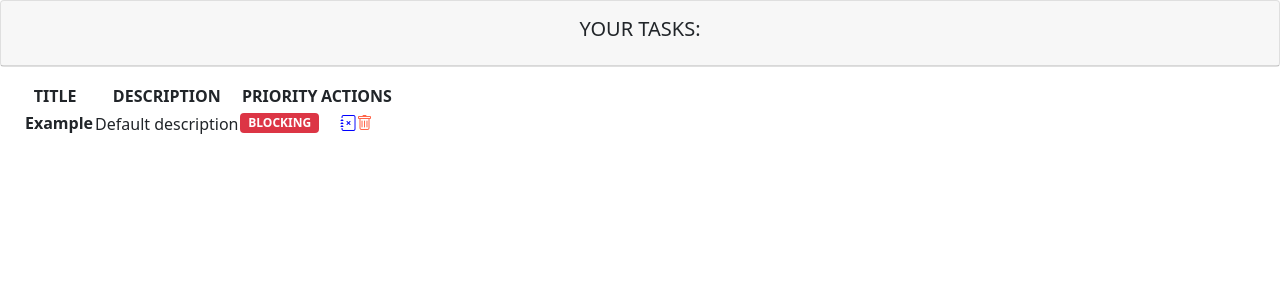
Repository: abgdev1997/proyecto-evo
Page: /about
The author's editor kept a copy of each file at every save. The page is drawn from the files as they stood at one save, then again after the next save.
The browser window is 1280 px wide. The pictures show the whole page.
The project was rebuilt for these pictures with package versions that can differ from the ones it lists, and the page was loaded fresh each time. Also part of the build but not shown: src/index.css.

Above is the page before, as saved 2022-01-27 11:23:37.

After the next save:
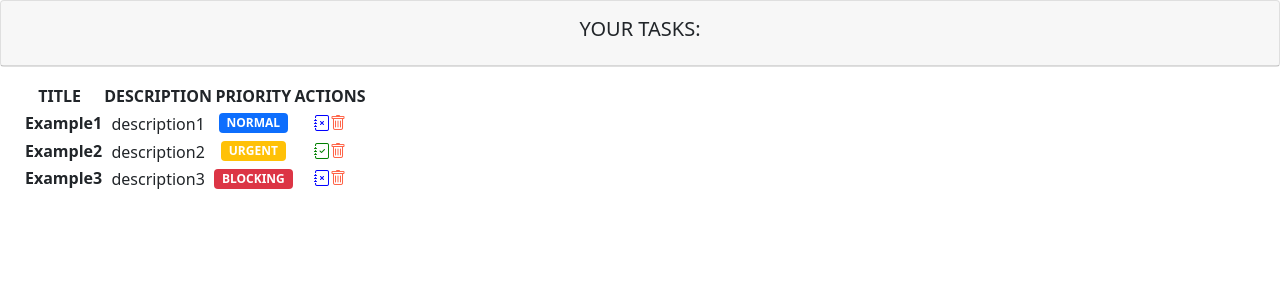
Saved 14 min 33 s later.
--- a/src/components/container/task_list.jsx
+++ b/src/components/container/task_list.jsx
@@ -5,10 +5,15 @@ import TaskComponent from '../pure/task_component'
 
 const TaskList = () => {
 
-    const defaultTask = new Task('Example', 'Default description', false, LEVELS.BLOCKING);
+    const defaultTask1 = new Task('Example1', 'description1', false, LEVELS.NORMAL);
+    const defaultTask2 = new Task('Example2', 'description2', true, LEVELS.URGENT);
+    const defaultTask3 = new Task('Example3', 'description3', false, LEVELS.BLOCKING);
+
+
+
 
     //Estados del componente
-    const [tasks, setTasks] = useState([defaultTask]);
+    const [tasks, setTasks] = useState([defaultTask1, defaultTask2, defaultTask3]);
     const [loading, setLoading] = useState(true);
 
     //Control de ciclo de vida del componente
@@ -50,8 +55,7 @@ const TaskList = () => {
                             </tr>
                         </thead>
                         <tbody>
-                            {/* TODO: Aplicar un For/Map para renderizar una lista */}
-                            <TaskComponent task={defaultTask}></TaskComponent>
+                            {tasks.map((task, index) => <TaskComponent key={index} task={task}></TaskComponent>)}
                         </tbody>
                     </table>
                 </div>
